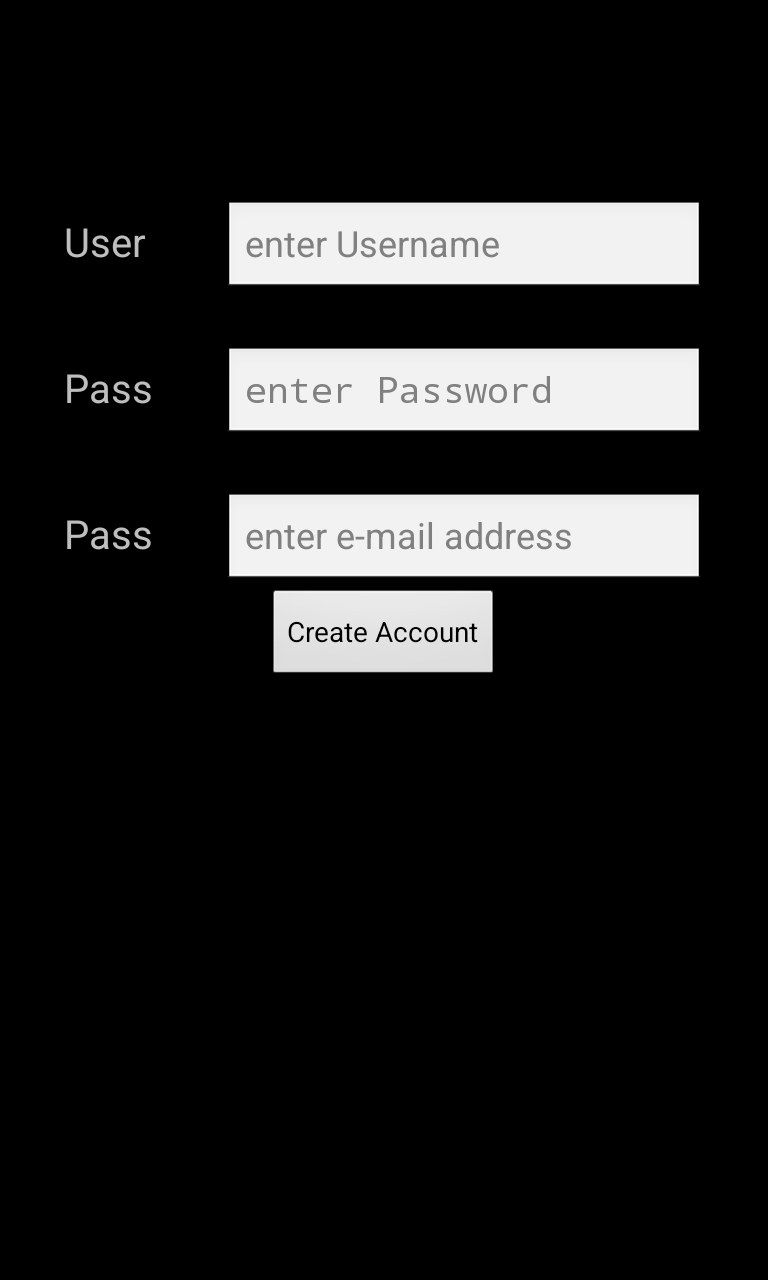
Repository: frebblegameteam/FrebbleApp
Layout: Frebble/libs/res/layout/activity_sign_up.xml
These files come from the project's save history. The layout is drawn as it stood at one moment and after the next save; the edit follows.
It is drawn on a 768 x 1280 px phone screen (xhdpi) without system bars, with theme android:Theme; the app's code is not run.

Above is the layout before, as saved 2014-09-19 08:17:23.

After the next save:
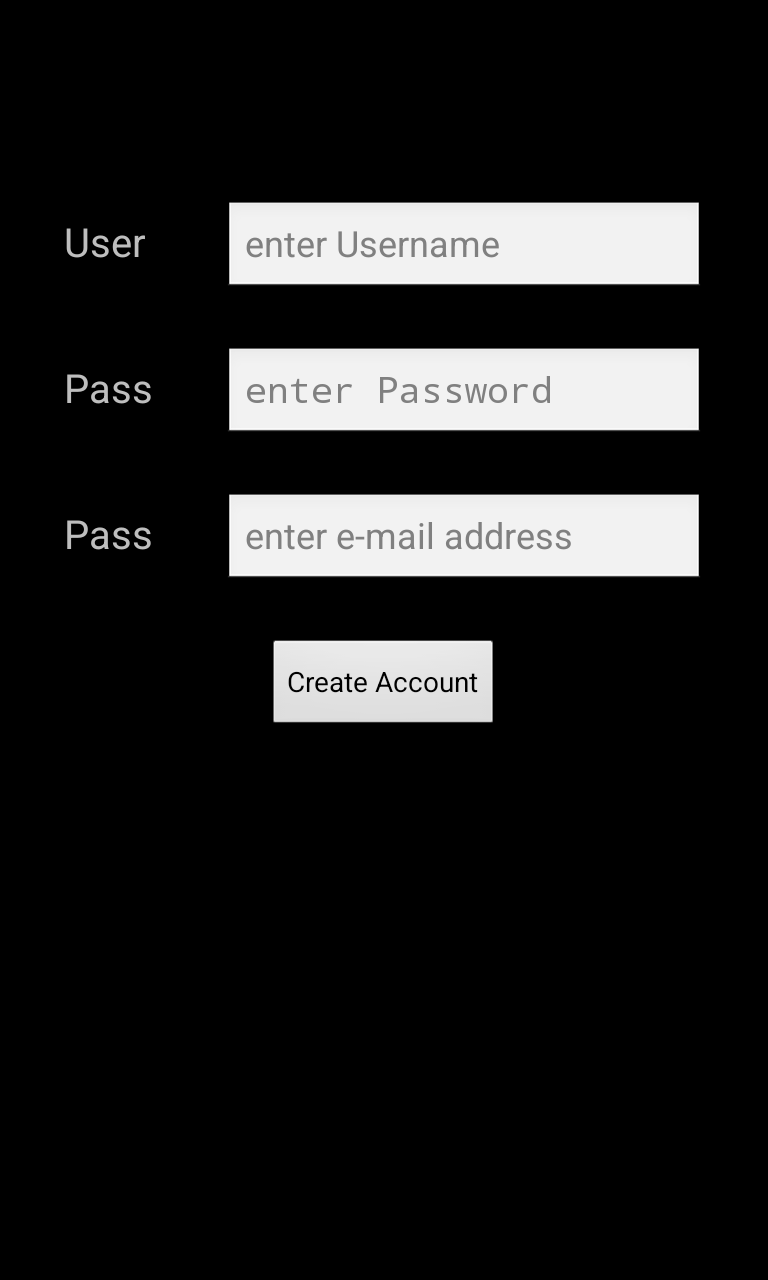
Saved 7 s later.
--- a/Frebble/libs/res/layout/activity_sign_up.xml
+++ b/Frebble/libs/res/layout/activity_sign_up.xml
@@ -70,7 +70,7 @@
 
         <Button android:id="@+id/createAccButton"
         android:layout_below="@id/L02"
-        android:layout_marginTop=""
+        android:layout_marginTop="25dp"
         android:layout_width="wrap_content"
         android:layout_height="wrap_content"
         android:layout_centerHorizontal="true"
